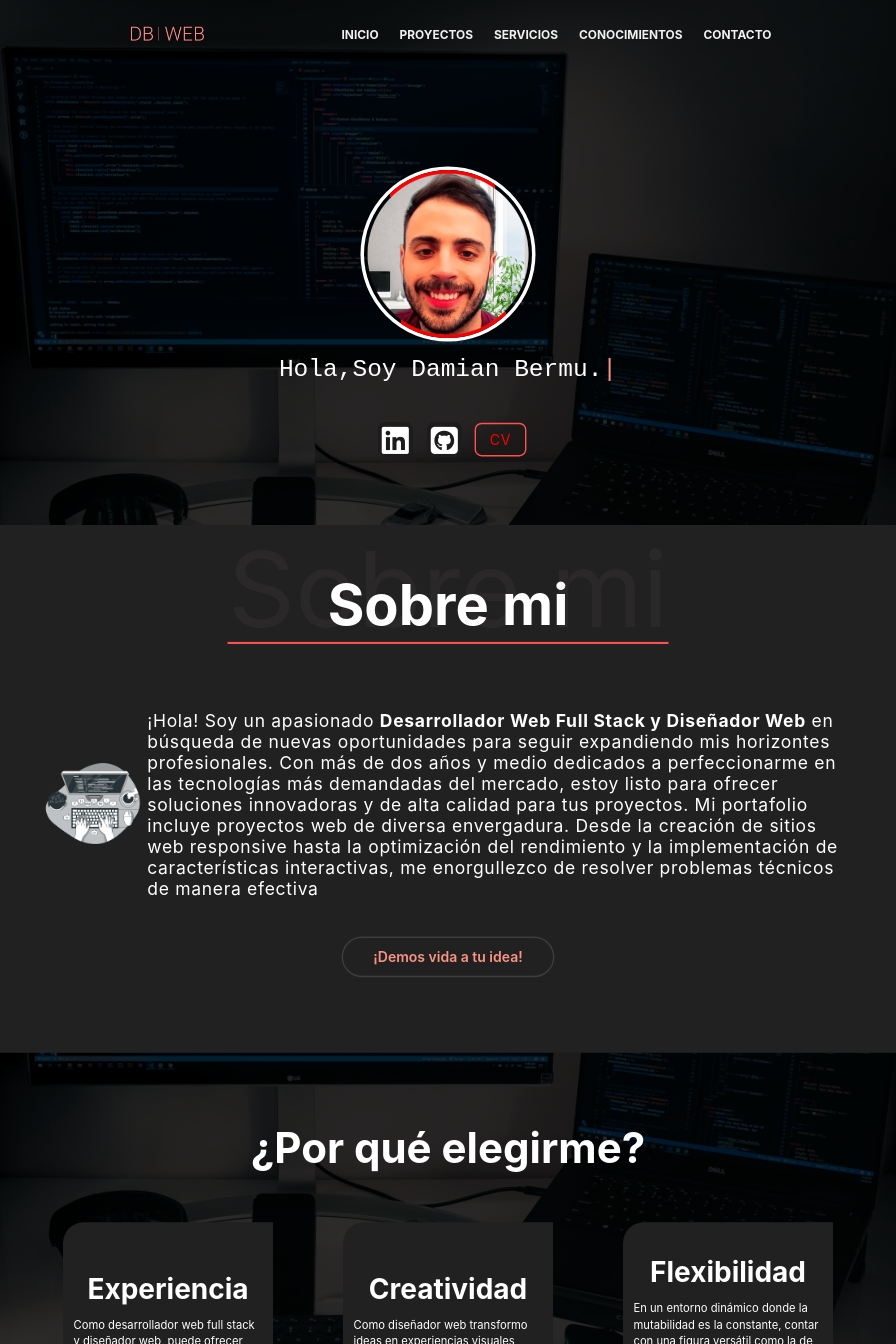
Repository: DamianBermudez94/DB-Porfolio
Page: /
The author's editor kept a copy of each file at every save. The page is drawn from the files as they stood at one save, then again after the next save.
The browser window is 1280 px wide. The pictures show the part of the page from y = 0 to 1920 px (the page is 2505 px tall before and 2825 px after), at 70% of full size.
Backgrounds fixed to the window are drawn as part of the page. Some web libraries are served in a nearby version. The project was rebuilt for these pictures with package versions that can differ from the ones it lists, and the page was loaded fresh each time. Also part of the build but not shown: vite.config.js, src/components/Servicios/styles.css, src/components/Servicios/Service.jsx, src/pages/Servicios.jsx, src/components/Conocimientos/styles.css, src/components/Conocimientos/Conocimientos.jsx, src/pages/AcerdaDe.jsx, src/components/Contacto/styles.css and 7 more.

Above is the page before, as saved 2024-04-01 21:45:44.

### index.html
<!DOCTYPE html>
<html lang="es">
  <head>
    <meta charset="utf-8" />
    <meta name="viewport" content="width=device-width, initial-scale=1" />
    <meta name="geo.position" content="-35.1853171; -59.1479442" />
    <link
      rel="icon"
      type="image/png"
      sizes="32x32"
      href="./public/image/icons-favicon-DB.png"
    />
    <link
      rel="apple-touch-icon"
      type="image/png"
      sizes="32x32"
      href="./public/image/icons-favicon-DB.png"
    />

    <link rel="manifest" href="./src/manifiesto.json" />
    <title>Damián Bermúdez - Developer</title>
    <meta name="author" content="Damián Bermúdez" />
    <meta
      name="description"
      content="Desarrollador Web Full Stack - Diseñador Web - Paginás Web - Damián Bermúdez"
    />
    <meta name="theme-color" content="#000000" />
    <!--Estilos-->
    <script
      src="https://kit.fontawesome.com/bdbed0aafa.js"
      crossorigin="anonymous"
    ></script>
    <link rel="preconnect" href="https://fonts.gstatic.com" />
    <link rel="preconnect" href="https://fonts.gstatic.com" />
    <link rel="preconnect" href="https://fonts.gstatic.com" />
    <link rel="preconnect" href="https://fonts.gstatic.com" />
    <link
      href="https://fonts.googleapis.com/css2?family=Raleway:wght@200;300&family=Roboto:wght@100;300&display=swap"
      rel="stylesheet"
    />
  </head>
  <body>
    <div id="root"></div>
    <script type="module" defer src="/src/main.jsx"></script>
  </body>
</html>

### src/main.jsx
import ReactDOM from "react-dom/client";

import App from "./App";
import "./index.css";
const root = ReactDOM.createRoot(document.getElementById("root"));
root.render(<App />);

### src/App.jsx
import { useState, useEffect } from "react";
import { MisRutas } from "./routers/MisRutas";
import { BrowserRouter } from "react-router-dom";
import backgroundImage from "../public/image/banner-parallax2.jpg";
import "./App.css";
function App() {
  const [scrollPosition, setScrollPosition] = useState(0);

  useEffect(() => {
    const handleScroll = () => {
      setScrollPosition(window.pageYOffset);
    };

    window.addEventListener("scroll", handleScroll);

    return () => {
      window.removeEventListener("scroll", handleScroll);
    };
  }, []);

  return (
    <main className="content-main parallax-container">
      <div
        className="parallax-background"
        style={{
          backgroundImage: `url(${backgroundImage})`,
          backgroundPositionY: scrollPosition / 2 + "px",
        }}
      />
      <div className="parallax-content">
        <BrowserRouter>
          <MisRutas />
        </BrowserRouter>
      </div>
    </main>
  );
}

export default App;

### src/index.css
* {
  margin: 0;
  padding: 0;
  box-sizing: border-box;
}
body {
  font-family: -apple-system, BlinkMacSystemFont, "Segoe UI", "Roboto", "Oxygen",
    "Ubuntu", "Cantarell", "Fira Sans", "Droid Sans", "Helvetica Neue",
    sans-serif;
  -webkit-font-smoothing: antialiased;
  -moz-osx-font-smoothing: grayscale;
}

### src/routers/MisRutas.jsx
import {Routes, Route } from "react-router-dom";

import { Inicio } from "../pages/Inicio";
import { Servicios } from "../pages/Servicios";
import { AcerdaDe } from "../pages/AcerdaDe";
import { Contacto } from "../pages/contacto";
import { Proyectos } from "../pages/Proyecto";
import { Error } from "../components/Error";
import { NavHeader } from "../components/header/NavHeader";
import { Footer } from "../components/Footer/Footer";

export const MisRutas = () => {
  return (
    <div className="layout">
      {/*Header y navegacion*/}
      <NavHeader />
      {/*Contenido general*/}

      <Routes>
        <Route path="/" element={<Inicio />} />
        <Route path="/inicio" element={<Inicio />} />
        <Route path="/servicios" element={<Servicios />} />
        <Route path="/conocimientos" element={<AcerdaDe />} />
        <Route path="/contacto" element={<Contacto />} />
        <Route path="/proyecto" element={<Proyectos />} />
        <Route path="*" element={<Error />} />
      </Routes>

      {/* Footer*/}
      <Footer />
    </div>
  );
};

### src/App.css
.parallax-container {
  position: relative;
  overflow: hidden;
  color: #fff;


}
.parallax-background {
  position: absolute;
  top: 0;
  left: 0;
  width: 100%;
  height: 100%;
  background-size: cover;
  background-position: center;
  background-attachment: fixed;

}
.parallax-content {
 /* Agregamos una transición para suavizar la animación */
  padding-top: 150px;
  background-color: rgba(0, 0, 0, 0.8);
  position: relative;
  z-index: 1; /* Asegura que el contenido esté sobre la imagen de fondo */
}

### src/pages/Inicio.jsx
import { Home } from "../components/Home/Home";
export const Inicio = () => {
  return (
    <section>
      <Home />
    </section>
  );
};

### src/components/Footer/Footer.jsx

import './Footer.css'
export const Footer = () => {
  return (
    <footer className="footer">
      <div className="contenedor-footer container">
          <div className="footer-redes__sociales">
              <a href="https://www.facebook.com" className="link-redes_sociales" ><i className="fab fa-facebook facebook"></i></a>
              <a href="https://www.instagram.com" className="link-redes_sociales" ><i className="fab fa-instagram instagran"></i></a>
              <a href="https://www.linkedin.com" className="link-redes_sociales" ><i className="fab fa-linkedin linkedin"></i></a>
              <a href="https:/www.github.com" className="link-redes_sociales" ><i className="fab fa-github-square github"></i></a>
          </div>
          <hr className='footer-linea__separacion' />
          <div className="footer-text">
              <p className="title-copy">Hecho por<a className="title-footer" href="https://damianbermudezdev.es/">DB|WEB</a></p>
          </div>
      </div>
    </footer>
  )
}

### src/components/Home/Home.jsx
import { useState, useEffect } from "react";
import { NavLink } from "react-router-dom";
import { useSpring, animated } from "react-spring";

import CustomText from "../TextoCustom/CustomText";

import imagen from "../../../public/image/Developer.png";
import "./styles.css";
export const Home = () => {
  const words = [
    "Hola,Soy Damian Bermudez",
    "Developer Web Full Stack",
    "Diseñador Web",
  ];
  const [showContent, setShowContent] = useState(false);
  // Utilizamos useEffect para activar la animación cuando el componente se monta
  useEffect(() => {
    setShowContent(true);
  }, []);

  // Solo se ejecuta una vez cuando el componente se monta

  // Definimos la animación usando useSpring
  const contentAnimation = useSpring({
    opacity: showContent ? 1 : 0, // Mostrar contenido cuando showContent sea true
    transform: showContent ? "translateY(0px)" : "translateY(-100px)", // Animación de desplazamiento hacia arriba
    from: { opacity: 0, transform: "translateY(-100px)" }, // Estilo inicial
    delay: 500, // Retraso de la animación
  });
  return (
    <>
      <section className="home">
        <animated.div className="home-welcome" style={contentAnimation}>
          <div className="container-home">
            <figure>
              <img
                src={"/image/profile-damianbermudez.png"}
                alt="Damian Bermudez desarrollador web"
              ></img>
            </figure>

            <CustomText words={words} />
            <div className="container-redes_inicio">
              <NavLink
                to="https://www.linkedin.com/in/damian-bermudez-4a4a33204/"
                className="link-redes_sociales"
                target="_blank"
              >
                <i className="fab fa-linkedin linkedin"></i>
              </NavLink>
              <NavLink
                to="https://github.com/DamianBermudez94"
                className="link-redes_sociales"
                target="_blank"
              >
                <i className="fab fa-github-square github"></i>
              </NavLink>
              <a
                className="btn-cv"
                href="./cv-pdf/CVDamianBermudez2023_1_ (1).pdf"
                download="CV-damian-bermudez.pdf"
              >
                CV
              </a>
            </div>
          </div>
        </animated.div>
      </section>
      <section className="section-me" style={contentAnimation}>
        <div className="content-title">
          <h2 className="title-sobre__me">Sobre mi</h2>
          <span className="sub-title">Sobre mi</span>
        </div>
        <animated.div
          className="container-me"
          data-animation="diagonal"
          style={contentAnimation}
        >
          <article>
          <figure>
            <img
              src={imagen}
              alt="Developer Web Full Stack - Desarrollador Web Full stack - Paginas Web"
            />
          </figure>
          <p>
            ¡Hola! Soy un apasionado{" "}
            <strong>Desarrollador Web Full Stack y Diseñador Web</strong> en
            búsqueda de nuevas oportunidades para seguir expandiendo mis
            horizontes profesionales. Con más de dos años y medio dedicados a
            perfeccionarme en las tecnologías más demandadas del mercado, estoy
            listo para ofrecer soluciones innovadoras y de alta calidad para tus
            proyectos. Mi portafolio incluye proyectos web de diversa
            envergadura. Desde la creación de sitios web responsive hasta la
            optimización del rendimiento y la implementación de características
            interactivas, me enorgullezco de resolver problemas técnicos de
            manera efectiva
          </p>
          </article>

          <NavLink className="enlace-contacto animated-button" to="/contacto">
            <span>¡Demos vida a tu idea!</span>
            <span></span>
          </NavLink>
        </animated.div>
      </section>

      <section className="article-section__motivos">
        <h2>¿Por qué elegirme?</h2>
        <article>
          <h3>Experiencia</h3>
          <p>
            Como desarrollador web full stack y diseñador web, puede ofrecer
            soluciones completas para tus proyectos. Desde el diseño inicial
            hasta la implementación técnica, además total transparencia a la
            hora de informar, desde el precio hasta el tiempo de entrega.
          </p>
        </article>
        <article>
          <h3>Creatividad</h3>
          <p>
            Como diseñador web transformo ideas en experiencias visuales
            cautivadoras. Desde el concepto inicial hasta la implementación,
            cada detalle cuenta. Tu sitio web no solo será funcional, sino
            también estéticamente atractivo y alineado con tu visión.
          </p>
        </article>
        <article>
          <h3>Flexibilidad</h3>
          <p>
            En un entorno dinámico donde la mutabilidad es la constante, contar
            con una figura versátil como la de ellos asegura que tu proyecto
            esté preparado para afrontar cualquier eventualidad. Se asemejan a
            ese confidente de confianza que siempre tiene un recurso alternativo
            disponible, si bien en este caso, en el ámbito digital.
          </p>
        </article>
      </section>
    </>
  );
};

### src/components/header/NavHeader.css
.header {
  height: 80px;
  width: 100%;
  max-width: 1200px;
  display: flex;
  justify-content: space-around;
  align-items: center;
  position: fixed;
  top: 0;
  right: 0;
  left: 0;
  z-index: 1000;
  padding: 50px 20px;
margin: 0 auto;
  transition: background-color 0.5s ease;
}

/* Cambiar el fondo al hacer scroll */
.header.scrolled {
  background-color: rgba(83, 83, 83, 0.9);
  border-radius: 10px;
  display: flex;
  justify-content: center;
  align-items: center;
  position: fixed;

  margin: 0 auto;
}

.nav-content {
  width: 90%;
  height: 80px;
  margin: 0 auto;
  display: flex;
  justify-content: space-around;
  padding: 5px;
  align-items: center;
}
.header .logo img {
  width: 150px;
  height: 100px;
  object-fit: cover;
}

.header nav ul {
  display: flex;
  justify-content: center;
  align-items: center;
  list-style: none;
}
.header li {
  text-decoration: none;
  text-transform: uppercase;
  font-size: 17px;
  font-weight: bold;
  margin: 15px;
}
.header li a {
  text-decoration: none;
  transition: all 300ms;
  color: #f1f1f1;
}
.header .active,
.header a:hover {
  color: rgb(255, 80, 80);
}

.header .btn-menu {
  display: none;
}
@media screen and (max-width: 960px) {
  .header {
    max-width: 900px;
  }

  .header .logo img {
    width: 200px;
    height: 150px;
  }

  .menu {
    list-style-type: none;
    margin: 0;
    padding: 0;
    transform: translateY(-100%);
    transition: transform 0.5s ease-in-out;
    position: fixed;
    top: 150px;
    left: 0%;
    width: 100%;
    height: 100vh;
    width: 100%;
    display: flex;
    flex-direction: column;
    align-items: center;
    justify-content: center;
    height: 0;
    overflow: hidden;
    background-color: rgba(255, 255, 255, 0);
    backdrop-filter: blur(19px);
  }

  .menu.active {
    transform: translateY(0);
    width: 100%;
    height: 100vh;
    bottom: 10px;
    display: block;
    margin: 0 auto;
  }

  .menu ul {
    flex-direction: column;
    align-items: center;
    justify-content: center;
  }

  .menu li {
    width: 100%;
    margin: 10px auto;
    border-bottom: 1px solid rgb(255, 1, 1);
    margin: 10px 0;
    transform: translateY(-50px);
    opacity: 0;
    transition: transform 0.5s ease, opacity 0.5s ease;
  }
  .menu.active li {
    transform: translateY(0);
    opacity: 1;
    padding: 10px;
  }
  .menu a {
    text-decoration: none;
    color: #fff;
    font-size: 20px;
    transition: color 0.3s;
  }
  .menu a:hover {
    color: #ffd700;
  }
}
@media screen and (max-width: 480px) {
  .header {
    padding: 50px;

  }
  .header .logo img {
    width: 150px;
    height: 100px;
  }
}

### src/components/header/burgerButton.jsx
/* eslint-disable react/prop-types */

import styled from "styled-components";

function BurguerButton(props) {
  return (
    <Burguer>
      <div
        onClick={props.handleClick}
        className={`btn-menu nav-icon-5 ${props.clicked ? "open" : ""}`}
      >
        <span></span>
        <span></span>
        <span></span>
      </div>
    </Burguer>
  );
}

export default BurguerButton;

const Burguer = styled.div`
  /* nav-icon-5 */
  .nav-icon-5 {
    width: 35px;
    height: 30px;
    position: relative;
    cursor: pointer;
    display: flex;
    margin: 25px auto;
  }
  .nav-icon-5 span {
    background-color: #fff;
    position: absolute;
    border-radius: 2px;
    transition: 0.3s cubic-bezier(0.8, 0.5, 0.2, 1.4);
    width: 100%;
    height: 4px;
    transition-duration: 500ms;
  }
  .nav-icon-5 span:nth-child(1) {
    top: 0px;
    left: 0px;
  }
  .nav-icon-5 span:nth-child(2) {
    top: 13px;
    left: 0px;
    opacity: 1;
  }
  .nav-icon-5 span:nth-child(3) {
    bottom: 0px;
    left: 0px;
  }
  .nav-icon-5:not(.open):hover span:nth-child(1) {
    transform: rotate(-3deg) scaleY(1.1);
  }
  .nav-icon-5:not(.open):hover span:nth-child(2) {
    transform: rotate(3deg) scaleY(1.1);
  }
  .nav-icon-5:not(.open):hover span:nth-child(3) {
    transform: rotate(-4deg) scaleY(1.1);
  }
  .nav-icon-5.open span:nth-child(1) {
    transform: rotate(45deg);
    top: 13px;
  }
  .nav-icon-5.open span:nth-child(2) {
    opacity: 0;
  }
  .nav-icon-5.open span:nth-child(3) {
    transform: rotate(-45deg);
    top: 13px;
  }
  @media screen and (min-width: 960px) {
    .btn-menu {
      display: none;
    }
  }
`;

### src/components/Footer/Footer.css
.footer {
  min-height: 120px;
  line-height: 7px;
  text-align: center;
  font-size: 22px;
  padding: 45px;
  background-color: #212121;
}

.contenedor-footer {
  display: flex;
  flex-direction: column;
  justify-content: center;
  align-content: center;
  margin: 0 auto;
  padding: 20px;
}
.footer-text {
  display: flex;
  justify-content: center;
  align-items: center;
  padding: 10px;
  margin-top: 20px;
}
.title-copy {
  text-align: center;
  font-size: 26px;
  font-weight: 300;
}
.title-footer {
  text-decoration: none;
  color: rgb(252, 136, 136);
  margin-left: 5px;
}
.footer-linea__separacion{
  height: 1px;
  width: 100%;
  max-width: 700px;
  margin: 0 auto;


}
body.dark .title-copy {
  color: #f1f1f1;
}

.footer-redes__sociales {
  display: flex;
  justify-content: center;
  align-items: center;
  text-align: center;
  margin-bottom: 10px;
}
.link-redes_sociales {
  text-decoration: none;
  width: 50px;
  height: 50px;
  margin: 10px;
  color: rgb(255, 255, 255);
  background-color: rgb(28, 28, 28);
  border-radius: 10px;
  text-align: center;
  position: relative;
  transition: transform 0.4s;
  font-size: 26px;
  padding: 4px;
}
.link-redes_sociales:hover {
  transform: rotate(45deg);
}
.link-redes_sociales::before {
  content: "";
  position: absolute;
  width: 100%;
  height: 100%;
  opacity: 0;
  background-color: #373737;
  border-radius: 10px;
  transition: opacity 0.2s;
}
.link-redes_sociales:hover::before {
  opacity: 0.4;
}
.link-redes_sociales:nth-child(1)::before {
  background-color: rgb(255, 80, 80);
}
.link-redes_sociales:nth-child(2)::before {
  background-color: rgb(255, 80, 80);
}
.link-redes_sociales:nth-child(3)::before {
  background-color: rgb(255, 80, 80);
}
.link-redes_sociales:nth-child(4)::before {
  background-color: rgb(255, 80, 80);
}

.link-redes_sociales:hover::before {
  transform: translate(-4px, -4px);
  filter: blur(10px);
}

.link-redes_sociales i {
  font-size: 1.7em;
  transition: all 0.4s;
}
.link-redes_sociales:hover i {
  color: #f1f1f1;
  transform: rotate(-45deg);
}

body.dark .redes-sociales i {
  color: #f1f1f1;
}

### src/components/TextoCustom/CustomText.jsx
/* eslint-disable react/prop-types */
import  { useState, useEffect } from 'react';
import './styles.css';

const CustomText = ({ words, typingDelay = 200, changingDelay = 3000 }) => {
  const [index, setIndex] = useState(0);
  const [subIndex, setSubIndex] = useState(0);
  const [reverse, setReverse] = useState(false);

  // Efecto para manejar la escritura y eliminación de las palabras
  useEffect(() => {
    if (subIndex === words[index].length + 1 && !reverse) {
      setReverse(true);
      return;
    }

    if (subIndex === 0 && reverse) {
      setReverse(false);
      setIndex((prev) => (prev + 1) % words.length);
      return;
    }

    const timeout = setTimeout(() => {
      setSubIndex((prev) => prev + (reverse ? -1 : 1));
    }, typingDelay);

    return () => clearTimeout(timeout);
  }, [subIndex, index, reverse]);

  // Efecto para cambiar la palabra después de un cierto tiempo
  useEffect(() => {
    if (!reverse) {
      return;
    }

    const timeout = setTimeout(() => {
      setReverse(false);
      setIndex((prev) => (prev + 1) % words.length);
    }, changingDelay);

    return () => clearTimeout(timeout);
  }, [reverse]);

  return (
    <div className="typewriter">
      <span>{`${words[index].substring(0, subIndex)}${reverse ? '.' : ' '}`}</span>
    </div>
  );
};

export default CustomText;

### src/components/TextoCustom/styles.css
.typewriter span {

    display: flex;
    align-items: center;
    justify-content: center;
    font-size: 35px;
    font-family: monospace;
    overflow: hidden;
    white-space: nowrap;
    padding: 20px;
  }

  .typewriter span:after {
    content: '|';
    animation: blink-caret .75s step-end infinite;
    color: #fa9484;
  }

  @keyframes blink-caret {
    from, to { border-color: transparent }
    50% { border-color: black }
  }

  @media (max-width: 780px) {
    .typewriter span {
       font-size: 30px;
      }
  }
  @media (max-width: 780px) {
    .typewriter span {
       font-size: 20px;
      }
  }

Loaded but not shown: src/components/Home/styles.css (408 lines, source omitted); src/components/header/NavHeader.jsx (99 lines, source omitted)

After the next save:
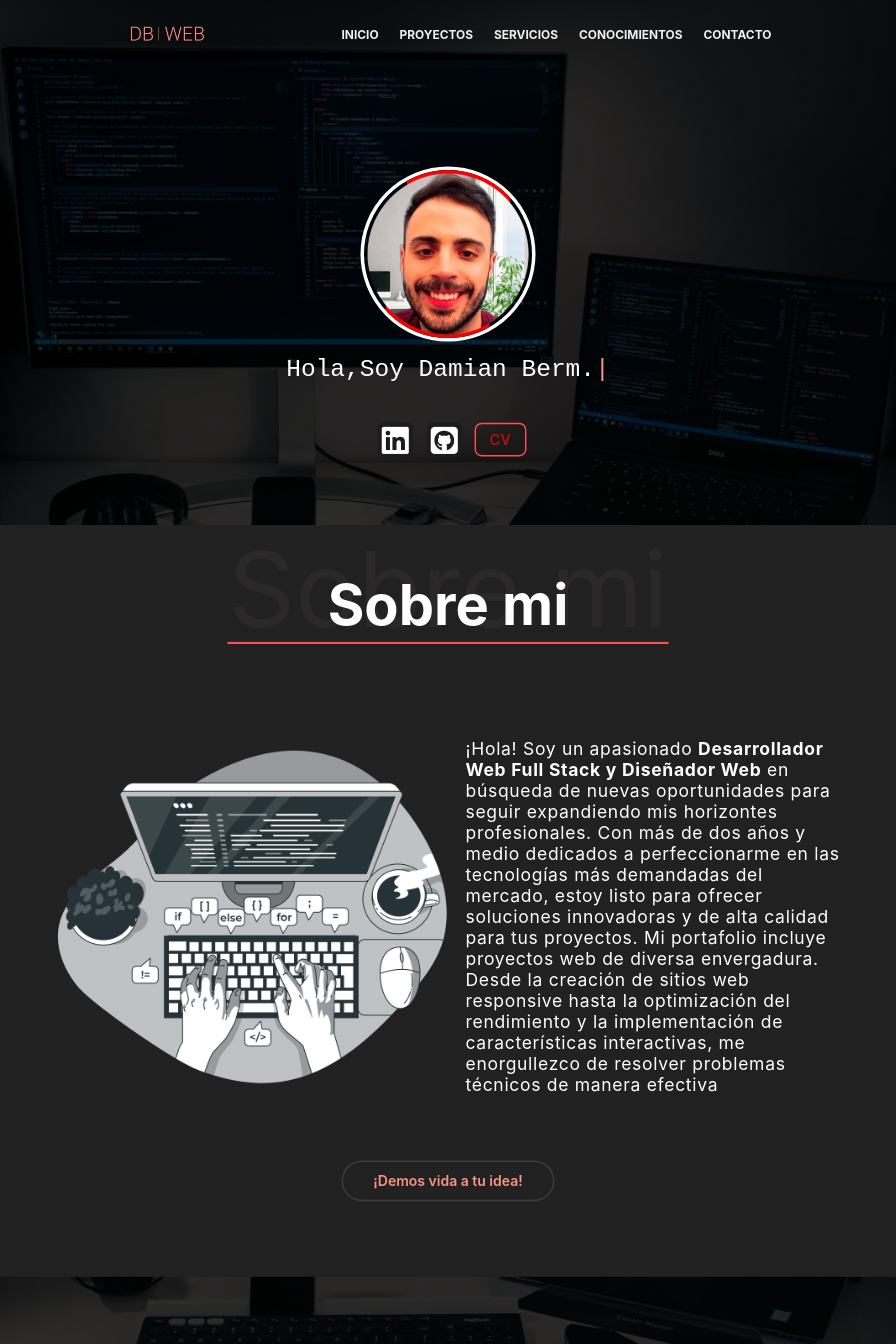
Saved 18 s later.
--- a/src/components/Home/Home.jsx
+++ b/src/components/Home/Home.jsx
@@ -77,25 +77,25 @@ export const Home = () => {
           style={contentAnimation}
         >
           <article>
-          <figure>
-            <img
-              src={imagen}
-              alt="Developer Web Full Stack - Desarrollador Web Full stack - Paginas Web"
-            />
-          </figure>
-          <p>
-            ¡Hola! Soy un apasionado{" "}
-            <strong>Desarrollador Web Full Stack y Diseñador Web</strong> en
-            búsqueda de nuevas oportunidades para seguir expandiendo mis
-            horizontes profesionales. Con más de dos años y medio dedicados a
-            perfeccionarme en las tecnologías más demandadas del mercado, estoy
-            listo para ofrecer soluciones innovadoras y de alta calidad para tus
-            proyectos. Mi portafolio incluye proyectos web de diversa
-            envergadura. Desde la creación de sitios web responsive hasta la
-            optimización del rendimiento y la implementación de características
-            interactivas, me enorgullezco de resolver problemas técnicos de
-            manera efectiva
-          </p>
+
+              <img
+                src={imagen}
+                alt="Developer Web Full Stack - Desarrollador Web Full stack - Paginas Web"
+              />
+
+            <p>
+              ¡Hola! Soy un apasionado{" "}
+              <strong>Desarrollador Web Full Stack y Diseñador Web</strong> en
+              búsqueda de nuevas oportunidades para seguir expandiendo mis
+              horizontes profesionales. Con más de dos años y medio dedicados a
+              perfeccionarme en las tecnologías más demandadas del mercado,
+              estoy listo para ofrecer soluciones innovadoras y de alta calidad
+              para tus proyectos. Mi portafolio incluye proyectos web de diversa
+              envergadura. Desde la creación de sitios web responsive hasta la
+              optimización del rendimiento y la implementación de
+              características interactivas, me enorgullezco de resolver
+              problemas técnicos de manera efectiva
+            </p>
           </article>
 
           <NavLink className="enlace-contacto animated-button" to="/contacto">
